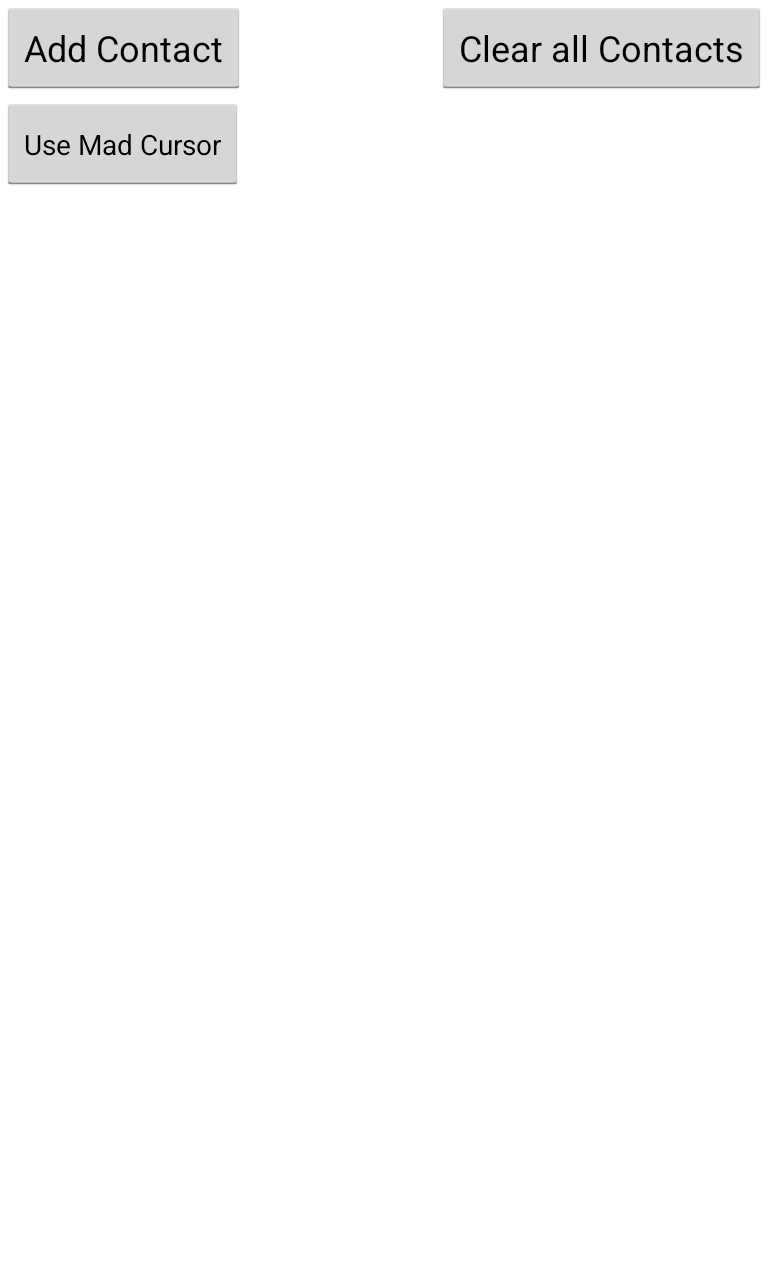
Repository: yoszka/Andro_apps
Layout: ContactsTest/res/layout/activity_main.xml
These files come from the project's save history. The layout is drawn as it stood at one moment and after the next save; the edit follows.
It is drawn on a 768 x 1280 px phone screen (xhdpi) without system bars, with theme AppTheme; the app's code is not run.

Above is the layout before, as saved 2013-02-13 23:51:44.

After the next save:
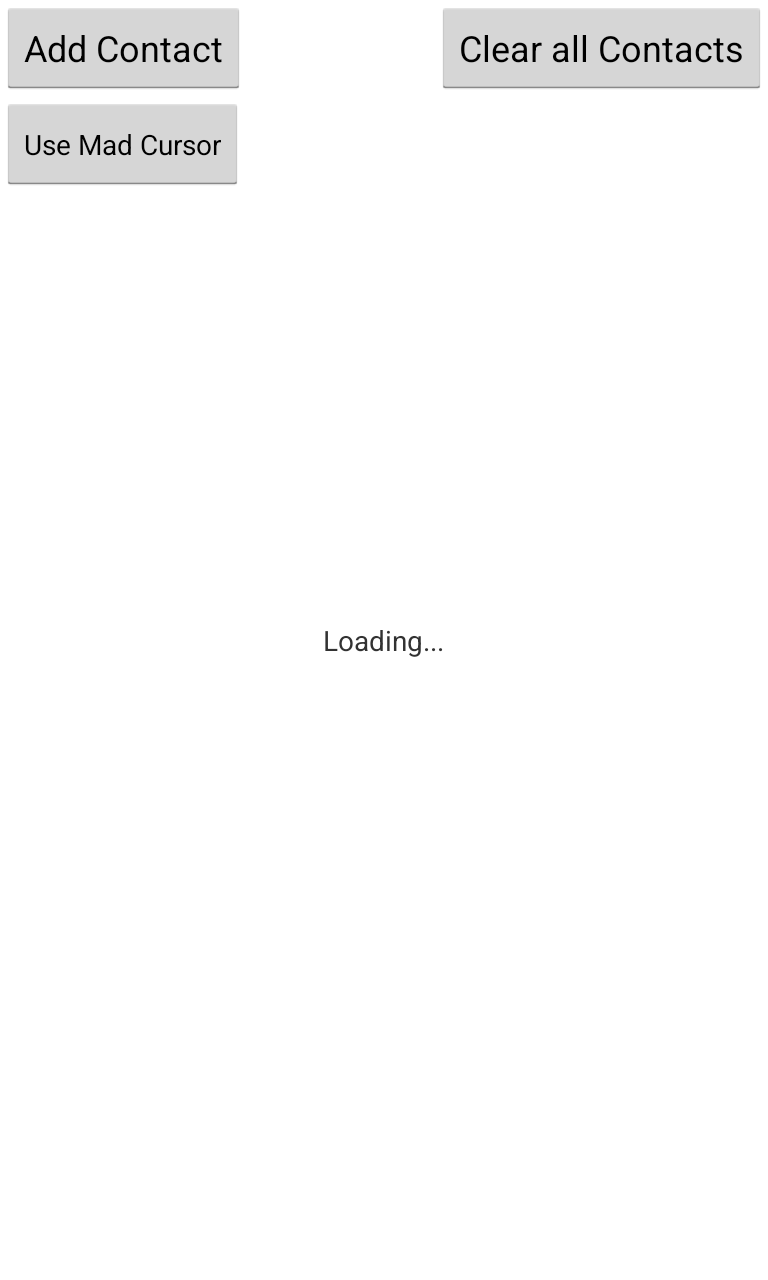
Saved 6 s later.
--- a/ContactsTest/res/layout/activity_main.xml
+++ b/ContactsTest/res/layout/activity_main.xml
@@ -38,7 +38,7 @@
         android:layout_height="wrap_content"
         android:layout_centerHorizontal="true"
         android:layout_centerVertical="true"
-        android:visibility="gone"
+        android:visibility="visible"
         android:text="@string/tv_txt_loading" />
 
     <ProgressBar
